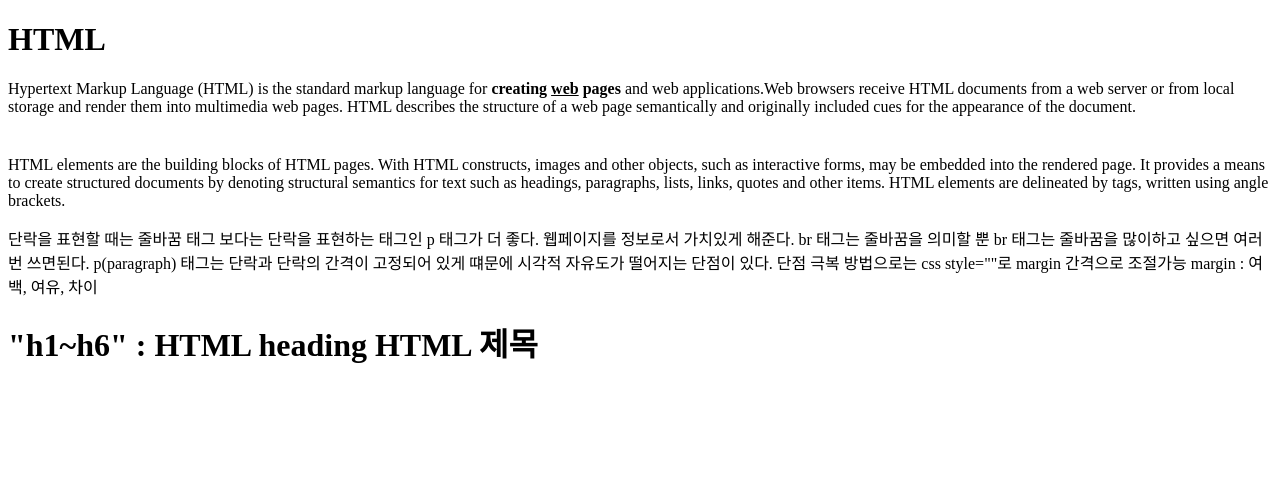
Repository: winterer4/Web-1
Page: HTML5/1.html
An editor plug-in stored every save of this project. The page is shown before and after the next save, followed by the edit.
The browser window is 1280 px wide. The pictures show the whole page.

Above is the page before, as saved 2018-10-25 07:22:52.

### HTML5/1.html
<!DOCTYPE html>
<html>
<head>
<meta charset="UTF-8">
<title>Insert title here</title>
</head>
<body>
	<h1>HTML</h1>
	<p>
		Hypertext Markup Language (HTML) is the standard markup language for <strong>creating
			<u>web</u> pages
		</strong> and web applications.Web browsers receive HTML documents from a web
		server or from local storage and render them into multimedia web
		pages. HTML describes the structure of a web page semantically and
		originally included cues for the appearance of the document.
	</p>
	<p style="margin-top: 40px;">HTML elements are the building blocks
		of HTML pages. With HTML constructs, images and other objects, such as
		interactive forms, may be embedded into the rendered page. It provides
		a means to create structured documents by denoting structural
		semantics for text such as headings, paragraphs, lists, links, quotes
		and other items. HTML elements are delineated by tags, written using
		angle brackets.</p>







	단락을 표현할 때는 줄바꿈 태그 보다는 단락을 표현하는 태그인 p 태그가 더 좋다. 웹페이지를 정보로서 가치있게 해준다. br
	태그는 줄바꿈을 의미할 뿐 br 태그는 줄바꿈을 많이하고 싶으면 여러번 쓰면된다. p(paragraph) 태그는 단락과 단락의
	간격이 고정되어 있게 떄문에 시각적 자유도가 떨어지는 단점이 있다. 단점 극복 방법으로는 css style=""로 margin
	간격으로 조절가능 margin : 여백, 여유, 차이
</body>

<h1>"h1~h6" : HTML heading HTML 제목</h1>




</html>

After the next save:
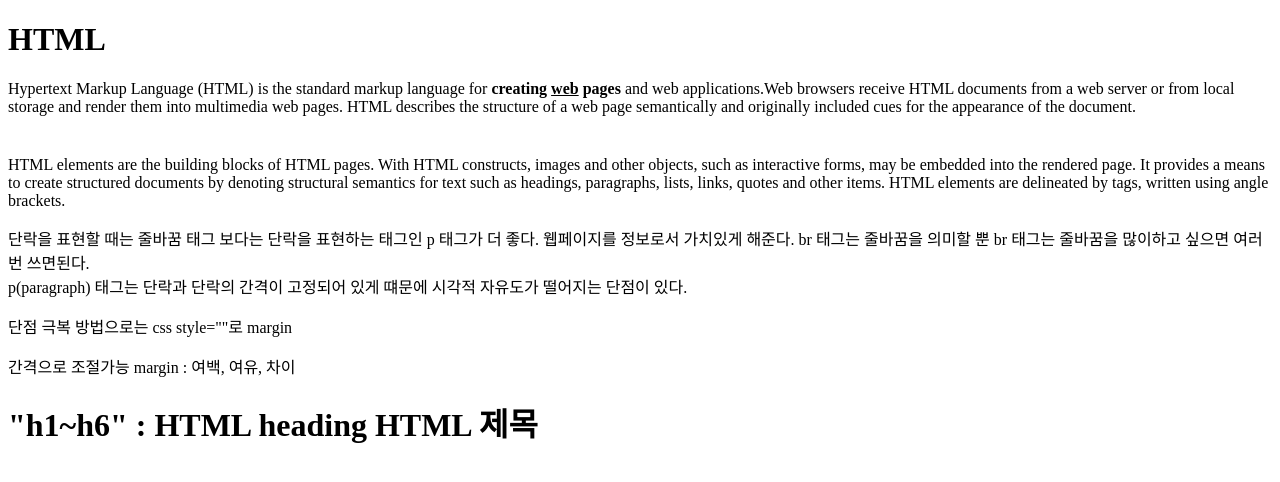
Saved 6 min 5 s later.
--- a/HTML5/1.html
+++ b/HTML5/1.html
@@ -29,8 +29,9 @@
 
 
 	단락을 표현할 때는 줄바꿈 태그 보다는 단락을 표현하는 태그인 p 태그가 더 좋다. 웹페이지를 정보로서 가치있게 해준다. br
-	태그는 줄바꿈을 의미할 뿐 br 태그는 줄바꿈을 많이하고 싶으면 여러번 쓰면된다. p(paragraph) 태그는 단락과 단락의
-	간격이 고정되어 있게 떄문에 시각적 자유도가 떨어지는 단점이 있다. 단점 극복 방법으로는 css style=""로 margin
+	태그는 줄바꿈을 의미할 뿐 br 태그는 줄바꿈을 많이하고 싶으면 여러번 쓰면된다.
+	<br> p(paragraph) 태그는 단락과 단락의 간격이 고정되어 있게 떄문에 시각적 자유도가 떨어지는 단점이 있다.
+	<p> 단점 극복 방법으로는 css style=""로 margin</p>
 	간격으로 조절가능 margin : 여백, 여유, 차이
 </body>
 
